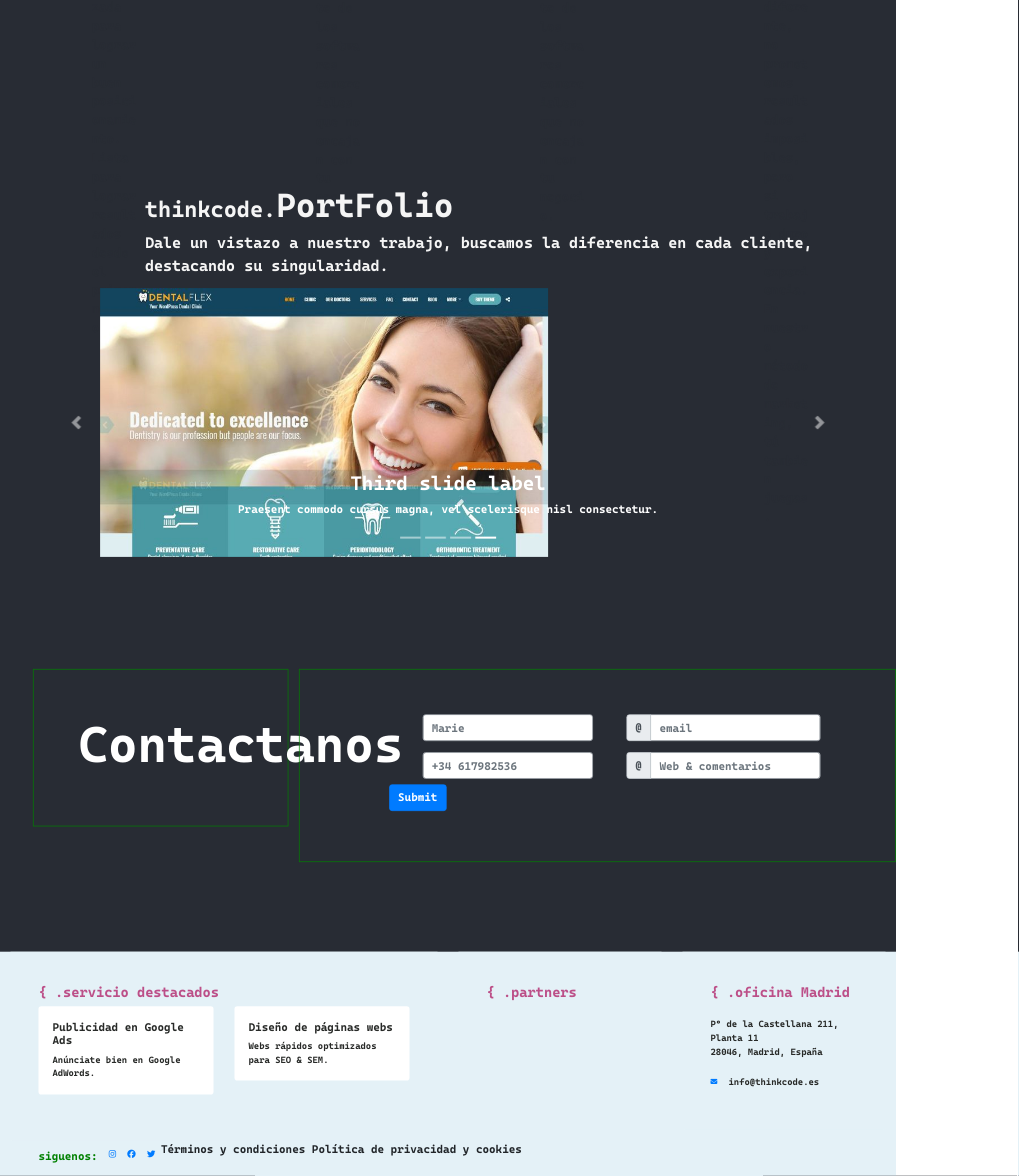
Repository: banchiec/thinkcode
Page: /
These files come from the project's save history. The page is drawn as it stood at one moment and after the next save; the edit follows.
The browser window is 1280 px wide. The page is 1455 px wide, so the pictures cover 1455 px, including what lies to the right of the window. The pictures show the part of the page from y = 1971 to 3651 px (the page is 3651 px tall), at 70% of full size.
Some web libraries are served in a nearby version. The project was rebuilt for these pictures with package versions that can differ from the ones it lists, and the page was loaded fresh each time. Also part of the build but not shown: src/components/MenuItems.js, src/components/Dropdownthink.css, src/components/Dropdownthink.js, src/components/pages/Consulting.js, src/components/pages/ContactUs.js, src/components/pages/Marketing.js, src/components/pages/Products.js, src/components/pages/Services.js and 1 more. Imported but missing from the stored project, and not drawn on this page: src/components/sliderInfo/SliderInfo.

Above is the page before, as saved 2020-11-30 15:02:53.

### public/index.html
<!DOCTYPE html>
<html lang="en">
  <head>
    <meta charset="utf-8" />
    <link rel="icon" href="%PUBLIC_URL%/favicon.ico" />
    <meta name="viewport" content="width=device-width, initial-scale=1" />
    <meta name="theme-color" content="#000000" />
    <meta
      name="description"
      content="Web site created using create-react-app"
    />
    <link rel="apple-touch-icon" href="%PUBLIC_URL%/logo192.png" />

    <!-- fontawesome -->
    <script src="https://kit.fontawesome.com/e7a02c1b14.js" crossorigin="anonymous"></script>
    <!-- jquery -->
    <script src="https://code.jquery.com/jquery-2-2.0.min.js"></script>
    <!--
      manifest.json provides metadata used when your web app is installed on a
      user's mobile device or desktop. See https://developers.google.com/web/fundamentals/web-app-manifest/
    -->
    <link rel="manifest" href="%PUBLIC_URL%/manifest.json" />
    <!--
      Notice the use of %PUBLIC_URL% in the tags above.
      It will be replaced with the URL of the `public` folder during the build.
      Only files inside the `public` folder can be referenced from the HTML.

      Unlike "/favicon.ico" or "favicon.ico", "%PUBLIC_URL%/favicon.ico" will
      work correctly both with client-side routing and a non-root public URL.
      Learn how to configure a non-root public URL by running `npm run build`.
    -->
    <title>React App</title>
  </head>
  <body>
    <noscript>You need to enable JavaScript to run this app.</noscript>
    <div id="root"></div>
    <!--
      This HTML file is a template.
      If you open it directly in the browser, you will see an empty page.

      You can add webfonts, meta tags, or analytics to this file.
      The build step will place the bundled scripts into the <body> tag.

      To begin the development, run `npm start` or `yarn start`.
      To create a production bundle, use `npm run build` or `yarn build`.
    -->


  </body>
</html>

### src/index.css
body {
  margin: 0;
  font-family: -apple-system, BlinkMacSystemFont, 'Segoe UI', 'Roboto', 'Oxygen',
    'Ubuntu', 'Cantarell', 'Fira Sans', 'Droid Sans', 'Helvetica Neue',
    sans-serif;
  -webkit-font-smoothing: antialiased;
  -moz-osx-font-smoothing: grayscale;
}

code {
  font-family: source-code-pro, Menlo, Monaco, Consolas, 'Courier New',
    monospace;
}
@font-face{
  font-family: 'CascadiaCode-Bold';
  src: local('CascadiaCode-Bold'), url(./fonts/CascadiaCode-Bold.ttf)
}

### src/App.js
import './App.css';
// import logo_thinkcode from './logo_thinkcode.png'
import React, {} from 'react'
import 'animate.css'
import Navbarthink from './components/Navbarthink'
import InfoSection from './components/infoSection/InfoSection'
import Pricing from './components/pricing/Pricing'
import Footer from './components/footer/Footer'
import Slide from './components/slide/Slide'
import FormContact from './components/forms/FormContact'
import {BrowserRouter as Router, Switch, Route} from 'react-router-dom'


// import Button  from 'react-bootstrap/Button'
// import 'bootstrap/dist/css/bootstrap.min.css'

// import {Navbar,Button, Nav , NavLink} from 'react-bootstrap'

import Consulting from './components/pages/Consulting'
import ContactUs from './components/pages/ContactUs'
import Home from './components/pages/Home'
import Marketing from './components/pages/Marketing'
import Products from './components/pages/Products'
import Services from './components/pages/Services'
import SignUp from './components/pages/SignUp'
// import InfoSection from './components/infoSection/InfoSection';

function App() {

  // const [click, setClick] = useState(false)
  // const [dropdown, setDropdown] = useState(false)




  return (
    <div className="App">
      <Router>
        <Navbarthink/>
        <Switch>
          <Route path='/consulting' exact component ={Consulting}></Route>
          <Route path='/contact-us' exact component ={ContactUs}></Route>
          <Route path='/' exact component ={Home}></Route>
          <Route path='/marketing' exact component ={Marketing}></Route>
          <Route path='/products' exact component ={Products}></Route>
          <Route path='/services' exact component ={Services}></Route>
          <Route path='/sign-up' exact component ={SignUp}></Route>
        </Switch>
        <InfoSection></InfoSection>
        <Pricing></Pricing>
        <Slide/>
        <FormContact></FormContact>
        <Footer/>
      </Router>

    </div>
  );
}

export default App;

### src/App.css
*{
  box-sizing: border-box;
  margin: 0;
  padding: 0;
  font-family: CascadiaCode-Bold;
  /* background: #282c34 ; */
  /* background: linear-gradient(90deg, rgb(76, 80, 88) 100%, rgb(8, 8, 9) 0%); */
}

.App {
  text-align: center;
  background: #282c34 ;
}

.App-logo {
  height: 40vmin;
  pointer-events: none;
}

.home, .services, .products,.contact-us,.sign-up, .marketing, .consulting{
  display: flex;
  height: 90vh;
  align-items: center;
  justify-content: center;
  font-size: 3rem;
}





@media (prefers-reduced-motion: no-preference) {
  .App-logo {
    animation: App-logo-spin infinite 20s linear;
  }
}

.App-header {
  background-color: #282c34;
  min-height: 100vh;
  display: flex;
  flex-direction: column;
  align-items: center;
  justify-content: center;
  font-size: calc(10px + 2vmin);
  color: white;
}

.App-link {
  color: #61dafb;
}

@keyframes App-logo-spin {
  from {
    transform: rotate(0deg);
  }
  to {
    transform: rotate(360deg);
  }
}

### src/components/Navbarthink.js
import React, { useState} from 'react'
import logo_thinkcode from '../images/logo_thinkcode.png'
// import logo_thinkcode from '../images/logo_thinkcode.png'
import { Buttonthink} from './Buttonthink'
import {Link} from 'react-router-dom'
import './Navbarthink.css'
import Dropdownthink from './Dropdownthink'

export default function Navbarthink(){
    const [click, setClick] = useState(false)
    const [dropdown, setDropdown] = useState(false)

    const handleClick = () => setClick(!click)
    const closeMobileMenu = () => setClick(false)

    const onMouseEnter = () =>{
        if(window.innerWidth < 960) {
        setDropdown(false)
        } else {
        setDropdown(true)
        }
    }
    const onMouseLeave = () =>{
        if(window.innerWidth < 960) {
        setDropdown(false)
        } else {
        setDropdown(false)
        }
    }

    return(
        <>
            <nav className="navbarthink">
                <Link to='/' className="navbar-logo">
                    {/* thinkcode */}
                    <img alt="" src={logo_thinkcode} width="300" height="40"></img>
                </Link>
                <div className='menu-icon' onClick={handleClick}>
                    <i className={click ? 'fas fa-times' : 'fas fa-bars'}
                    />
                </div>
                <ul className={ click ? 'nav-menu active' : 'nav-menu'}>

                    <li className='nav-item'>
                        <Link to='/' className='nav-links' onClick={closeMobileMenu}>
                            Home
                        </Link>
                    </li>
                    <li className='nav-item'
                        onMouseEnter={onMouseEnter}
                        onMouseLeave={onMouseLeave}
                        // onClick={handleClick}
                        >
                        <Link to='/services' className='nav-links' onClick={closeMobileMenu}>
                           Services
                           <i className='fas fa-caret-down' />
                        </Link>
                        {dropdown && <Dropdownthink/>}
                    </li>
                    <li className='nav-item'>
                        <Link to='/products' className='nav-links' onClick={closeMobileMenu}>
                            Products
                        </Link>
                    </li>
                    <li className='nav-item'>
                        <Link to='/contact-us' className='nav-links' onClick={closeMobileMenu}>
                           Contact Us
                        </Link>
                    </li>
                    <li className='nav-item'>
                        <Link to='/sign-up' className='nav-links-mobile' onClick={closeMobileMenu}>
                           Sign up
                        </Link>
                    </li>

                </ul>
                <Buttonthink />
            </nav>
        </>
    )

}

### src/components/infoSection/InfoSection.js
import React from 'react'
// import {AlltextInfoSection} from './AlltextInfoSection'
import imagensvg3 from '../../images/imagensvg3.svg'
import 'bootstrap/dist/css/bootstrap.min.css'
import './infoSection.css'
import {Col, Container,Row,} from 'react-bootstrap'

export default function InfoSection() {

    return (
            <Container fluid  className="content-infoSection">
                <Row>
                    {
                        // AlltextInfoSection.map((item,index) => {
                        //     return (
                        //         <Row>
                        //         <Col  md={6} lg={6} >
                        //             {/* <h1 key={index}>{item.firstTitle}</h1> */}
                        //             <div className="content-text-infoSection">
                        //                 <h2 >{item.firstTitle}<span className="text-title-infoSection animate__animated animate__fadeInLeft animate__delay-1s">{item.secundTitle}</span></h2>
                        //                 <p className="text-infoSection">{item.text}</p>
                        //             </div>
                        //         </Col>
                        //         <Col  md={6} lg={6}  >
                        //             <img  className="imagensvg-infoSection" alt="" src={imagensvg3}></img>
                        //         </Col>
                        //         </Row>
                        //     )
                        // })
                    }

                    <Col  md={6} lg={6} >
                        <div className="content-text-infoSection">
                            <h2 >thinkcode.<span className="text-title-infoSection animate__animated animate__fadeInLeft animate__delay-1s">developers</span></h2>
                            <p className="text-infoSection">Diseño y desarrollo de aplicaciones y páginas web para tu negocio o proyecto.
                            Disfrutamos mucho con lo que hacemos, compruébalo.</p>
                        </div>
                    </Col>
                    <Col  md={6} lg={6}  >
                        <img  className="imagensvg-infoSection" alt="" src={imagensvg3}></img>
                    </Col>

                </Row>

            </Container >
            // <Container fluid  className="content-infoSection">
            //     <Row>
            //         <Col  md={6} lg={6} >
            //             <div className="content-text-infoSection">
            //                 <h2 >thinkcode.<span className="text-title-infoSection animate__animated animate__fadeInLeft animate__delay-1s">developers</span></h2>
            //                 <p className="text-infoSection">Diseño y desarrollo de aplicaciones y páginas web para tu negocio o proyecto.
            //                 Disfrutamos mucho con lo que hacemos, compruébalo.</p>
            //             </div>
            //         </Col>
            //         <Col  md={6} lg={6}  >
            //             <img  className="imagensvg-infoSection" alt="" src={imagensvg3}></img>
            //         </Col>

            //     </Row>

            // </Container >
    )
}

### src/components/forms/FormContact.js
import React from 'react'
import './FormContact.css'
import { Container, Col, Row, Form, InputGroup,Button, FormControl } from 'react-bootstrap'

export default function FormContact() {
    return (
        <div>
            <Container fluid >
                <Row>
                    <Col lg ={4} md={4}>
                        <div className="text-contactanos text-white">
                           <h1 className= "display-3">Contactanos</h1>
                        </div>
                    </Col>
                    <Col lg={8} className ="container-form" md={8}>
                        <Form inline className="form-inline">
                            <Form.Label htmlFor="inlineFormInputName2" className="" srOnly>
                                Name
                            </Form.Label>
                            <Form.Control
                                className="mb-2 mr-sm-5 ml-5"
                                id="inlineFormInputName2"
                                placeholder="Marie"
                            />
                            <Form.Label htmlFor="inlineFormInputGroupUsername2" srOnly>
                                email
                            </Form.Label>
                            <InputGroup className="mb-2 mr-sm-2">
                                <InputGroup.Prepend>
                                <InputGroup.Text>@</InputGroup.Text>
                                </InputGroup.Prepend>
                                <FormControl id="inlineFormInputGroupUsername2" placeholder="email" />
                            </InputGroup>
                        </Form>
                        <Form inline className="form-inline">
                            <Form.Label htmlFor="inlineFormImputName3" srOnly>
                                phone
                            </Form.Label>
                            <Form.Control
                                className="ml-5 "
                                id="inlineFormImputName3"
                                placeholder="+34 617982536"
                            />
                            <Form.Label htmlFor="inlineFormInputGroupUsername3" srOnly>
                                Web & comentarios
                            </Form.Label>
                            <InputGroup className="mb-2 mt-2 mr-sm-2 ml-5">
                                <InputGroup.Prepend>
                                <InputGroup.Text>@</InputGroup.Text>
                                </InputGroup.Prepend>
                                <FormControl id="inlineFormInputGroupUsername3" placeholder="Web & comentarios" />
                            </InputGroup>
                            <Button type="submit" className="mb-2">
                                Submit
                            </Button>

                        </Form>
                    </Col>
                </Row>

            </Container>

        </div>
    )
}

### src/components/pages/Home.js
import React,{useEffect} from 'react'
import '../sliderInfo/SliderInfo'

export default function Home() {

    useEffect(()=>{
    })
    return (
        <div>
            {/* <InfoSection></InfoSection> */}
            {/* <Pricing></Pricing> */}
            {/* <Slide/> */}
            {/* <Footer/> */}

           {/* <h1 className='consulting' >Thinkcode</h1> */}
        </div>
    )
}

### src/components/Buttonthink.js
import React  from 'react'
import './Buttonthink.css'
import {Link} from 'react-router-dom'

export function Buttonthink() {
        return (
            <Link to ='sing-up'>
               <button className='btnthink'>Sign think </button>
            </Link>
        )
}

### src/components/Navbarthink.css
.navbarthink{
  /* background: linear-gradient(9deg, rgb(66, 80, 88) 0%, rgb(8, 8, 9) 100%); */
  background: #282c34;

  height: 80px;
  display: flex;
  justify-content: center;
  align-items: center;
  font-size: 1.2rem;
}

.navbar-logo {
  color: #fff;
  justify-self: start;
  margin-left: 40px;
  cursor: pointer;
  text-decoration: none;
}

.fa-firstdraft {
  margin-left: 0.5rem;
  font-size: 1.6rem;
}

.nav-menu {
  display: grid;
  grid-template-columns: repeat(5, auto);
  grid-gap: 10px;
  list-style: none;
  text-align: center;
  width: 70vw;
  justify-content: end;
  margin-right: 2rem;
}

.nav-item {
  display: flex;
  align-items: center;
  height: 80px;
}

.nav-links {
  color: white;
  text-decoration: none;
  padding: 0.5rem 1rem;
}

.nav-links:hover {
  background-color: #1888ff;
  border-radius: 4px;
  transition: all 0.2s ease-out;
}

.fa-bars {
  color: #fff;
}

.nav-links-mobile {
  display: none;
}

.menu-icon {
  display: none;
}

@media screen and (max-width: 960px) {
  /* .text-propuesta {
    margin-top: 12rem;
  } */

  .fa-caret-down {
    display: none;
  }
  .NavbarItems {
    position: relative;
  }

  .nav-menu {
    display: flex;
    flex-direction: column;
    width: 100%;
    height: 90vh;
    position: absolute;
    top: 80px;
    left: -100%;
    opacity: 1;
    transition: all 0.9s ease;
  }

  .nav-menu.active {
    background: #2a2c30;
    left: 0;
    opacity: 1;
    transition: all 0.5s ease;
    z-index: 1;
  }

  .nav-links {
    text-align: center;
    padding: 2rem;
    width: 100%;
    display: table;
  }

  .nav-links:hover {
    background-color: #1888ff;
    border-radius: 0;
  }

  .navbar-logo {
    position: absolute;
    top: 0;
    left: 0;
    transform: translate(25%, 50%);
  }

  .menu-icon {
    display: block;
    position: absolute;
    top: 0;
    right: 0;
    transform: translate(-100%, 60%);
    font-size: 1.8rem;
    cursor: pointer;
  }

  .fa-times {
    color: #fff;
    font-size: 2rem;
  }

  .nav-links-mobile {
    display: block;
    text-align: center;
    padding: 1.5rem;
    margin: 2rem auto;
    border-radius: 4px;
    width: 80%;
    background: #1888ff;
    text-decoration: none;
    color: #fff;
    font-size: 1.5rem;
  }

  .nav-links-mobile:hover {
    background: #fff;
    color: #1888ff;
    transition: 250ms;
  }

  button {
    display: none;
  }
}

### src/components/infoSection/infoSection.css
.content-infoSection {
    /* padding: 0; */
    margin-top: 150px;
    background: #282c34 ;
    height: 700px;
    /* border: 1px solid rebeccapurple; */
}
.content-text-infoSection {
    margin-left: 12rem;
    margin-top: 8rem;
    text-align: start;
    /* border: 0; */
    /* padding: 0; */
    /* border: 1px solid whitesmoke; */
    color: whitesmoke;
}
.imagensvg-infoSection {
    padding: 0;
    /* border-right: 5px; */
    width: 800px;

}
.text-title-infoSection{
    font-size: 3rem;
    /* size: 12px; */
}
.text-infoSection {
    font-size: 22px;
}
@media screen and (max-width: 960px) {
    .content-infoSection {
        margin-top: 0px;
    }
    .text-infoSection{
        margin-top: 3rem;
        margin-left: 1rem;
        margin-right: 1rem;
    }
    .imagensvg-infoSection{
        margin-top: 5rem;
        width: 500px;
    }
    .content-text-infoSection {
        margin-left: 1rem;
    }
    .text-propuesta {
        margin-top: 15rem;
    }

}

### src/components/pricing/Pricing.css
.container-pricing {
    /* background-color: whitesmoke; */
    /* border: 1px solid white; */
    /* height:  800px; */
    background: linear-gradient(90deg, rgb(76, 80, 88) 100%, rgb(66, 66 66) 0%);
    /* z-index: -1; */
}
.container-card{
    padding-top: 4rem;
    align-content: center;
    padding: auto;
    text-align: start;
    /* height: 600px; */
    /* background-color: violet; */
    /* color: transparent; */
}
.card-pricing {
    /* width: 34rem; */
    margin-left: 5rem;
    background: #deca30;
    /* background: #3b4454; */
    /* background: linear-gradient(90deg, rgb(224, 242, 241) 0%, rgb(255, 255, 255) 100%); */
    margin-right: 3rem;
    height: 52rem;
}
.card-left {
    margin-top: 4rem;
}
.card-right {
    margin-top: 4rem;
}
.card-button {
    /* margin-top: 3rem; */
    /* margin-left: 13rem; */
    position: absolute;
    right: 13px;
    bottom: 18px;
    color: whitesmoke;
}
.text-card {
    padding-top: 1.5rem;
    padding-left: 1rem;
    padding-right: 2.5rem;
    color: #282c34;
    font-size: 18px;
}
.image-pricing {
    height: 15rem;
    width: 80%;
    align-self: center;
}
.title-card {
    /* padding-top: 0.2rem; */
    padding-left: 1rem;
    color: #282c34;
    font-size: 28px;
}
.text-propuesta {
    margin: 0 0.5rem;
    animation: bounce;
    animation-duration: 2s;
    color: whitesmoke;
    font-size: 3rem;
}

@media screen and (max-width: 960px){
    .text-propuesta{
        margin-top: 12rem;
    }
}

### src/components/footer/Footer.css
.container-footer {
    border: 0;
    /* padding: 0; */
    /* border: 1px solid green; */
    height: auto;
    background: #e4f1f7;
}
.card{
    /* padding-bottom: 22px; */
    border: 0;
    /* background: white; */
    text-align: left;
    font-size: small;
    width: auto;
    /* background: #deca30; */
}
.card-footer {
    padding-top: 10px;
    padding-bottom: 22px;
    border: 0;
    color: #282a28;
    background: #e4f1f7;
}
.text-card-footer  {
    padding: 0;
    margin-top: 1.5rem;
    font-size: small;
    text-align: start;
}
.title-footer{
    text-align: left;
    font-size: medium;
}
.title-card-footer {
    margin-top: 1rem;
    text-align: left;
    color: #bc4f88;
}
.pin-ic{
    margin-top: 12px;
    margin: 8px;
    position:center;
}

.pin-ic-enveloped{
    margin-top: 12px;
    /* margin: 8px; */
    margin-right: 1rem;
    position:center;
}
.iconos-redes-sociales{
    position: relative;
    margin-left: 2.5rem;
}
.text-siguenos{
    margin-top: 10px;
    margin-right: 8px;
    color: green;

}

### src/components/slide/Slide.css
.container-slider {
    margin-top: 10rem;
    border-top: 5rem;
    margin-bottom: 5rem;
}
.d-block {
    margin-left: 8rem;
    width: 40rem;
    height: 24rem;
    /* border:1px solid green; */
}

.container-secundary-slider .d-block {
    width: 20rem;
    height: 12rem;
    margin-left: 2rem;


}
.carousel-large {
    width: 100%;
}
@media screen and (max-width: 960px) {
    .d-block {
        margin-left: auto;
    }

}

### src/components/forms/FormContact.css
.container-form {
    border:1px solid green;
    /* margin: 5rem; */
    margin-top: 5rem;
    margin-bottom: 8rem;
    padding: 4rem;

    /* margin-left: 10rem; */
}
.text-contactanos {
    border: 1px solid green;
    padding: 4rem;
    /* margin-right: 10rem ; */
    margin-left: 2rem;
    margin-top: 5rem;
    font-size: 4rem;
}
.form-inline {
    margin-left: 4rem;

}

### src/components/Buttonthink.css
:root{
    --primary: #1888ff;
}
.btnthink{
    padding: 8px 20px;
    border-radius: 4px;
    outline: none;
    border: none;
    font-size: 18px;
    color: #fff;
    cursor: pointer;
    background-color: var(--primary);
}
.btnthink:hover {
    padding: 6px 18px;
    transition: all 1.5s ease-out;
    background-color: transparent;
    color: #2a2a2a;
    border-radius: 4px;
    border: 2px solid var(--primary)
}

Loaded but not shown: src/index.js (common file); src/components/footer/Footer.js (102 lines, source omitted); src/components/pricing/Pricing.js (84 lines, source omitted); src/components/slide/Slide.js (84 lines, source omitted)

After the next save:
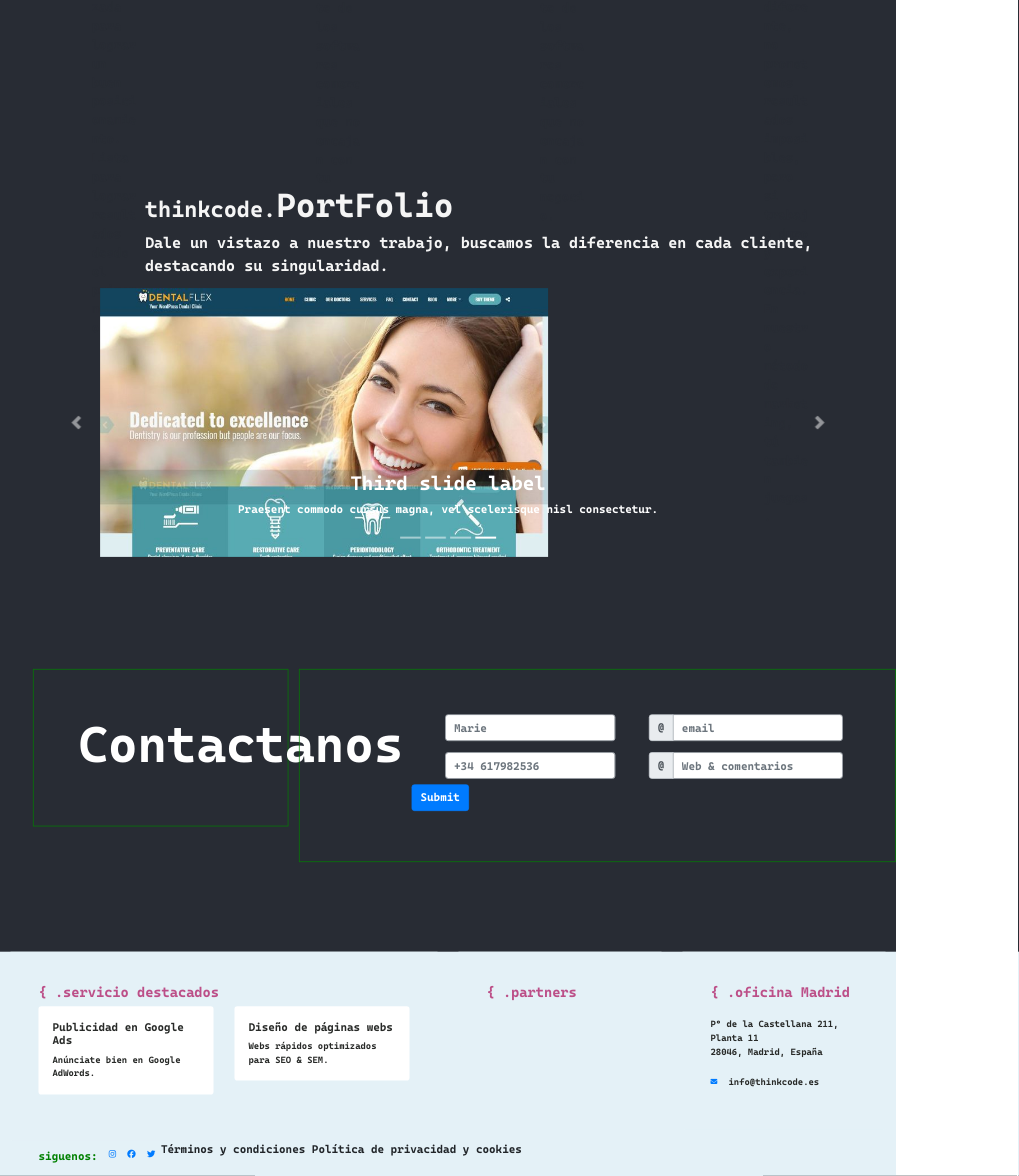
Saved 6 s later.
--- a/src/components/forms/FormContact.css
+++ b/src/components/forms/FormContact.css
@@ -16,6 +16,6 @@
     font-size: 4rem;
 }
 .form-inline {
-    margin-left: 4rem;
+    margin-left: 6rem;
 
 }
